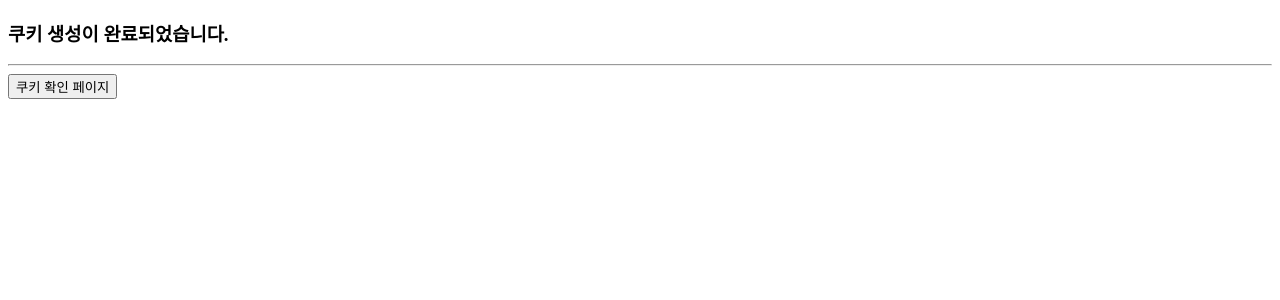
Repository: ment0715/20201113
Page: http://localhost/20201111/ex02.jsp
An editor plug-in stored every save of this project. The page is shown before and after the next save, followed by the edit.
The browser window is 1280 px wide. The pictures show the whole page.
The page is served by Tomcat 9.

Above is the page before, as saved 2020-11-11 01:01:13.

After the next save:
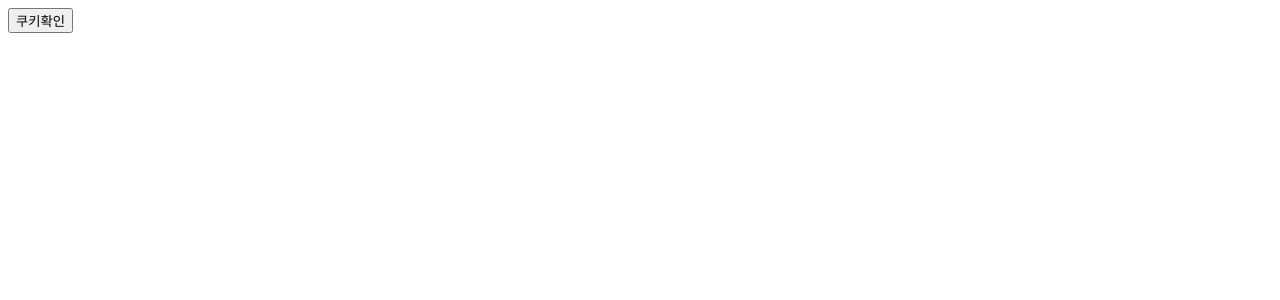
Saved 2 s later.
--- a/20201111/WebContent/ex02.jsp
+++ b/20201111/WebContent/ex02.jsp
@@ -1,21 +1,18 @@
-<%@ page language="java" contentType="text/html; charset=UTF-8"
-    pageEncoding="UTF-8"%>
+<%@ page language="java" contentType="text/html; charset=UTF-8" pageEncoding="UTF-8"%>
 <!DOCTYPE html>
 <html>
 <head>
 <meta charset="UTF-8">
-<title>쿠키생성</title>
+<title>쿠키 생성</title>
 </head>
 <body>
-<!-- exception예외처리, 쿠키, 세션, update로직 완성하고, 고급sql -->
-
-<%
- Cookie cookie = new Cookie("CookieTest", "Hello.Cookie!");
-response.addCookie(cookie);
-%>
-<h3>쿠키 생성이 완료되었습니다.</h3><hr/>
-<form action="CookieChk.jsp" method="post">
-<input type="submit" value="쿠키 확인 페이지">
-</form>
+   <!-- exception 예외처리, 쿠키, 세션, update 완성, 고급 SQL -->
+   <%
+      Cookie cookie = new Cookie("id", "asdf");
+   response.addCookie(cookie);
+   %>
+   <form action="ex03_checked.jsp">
+      <input type="submit" value="쿠키확인" />
+   </form>
 </body>
 </html>
